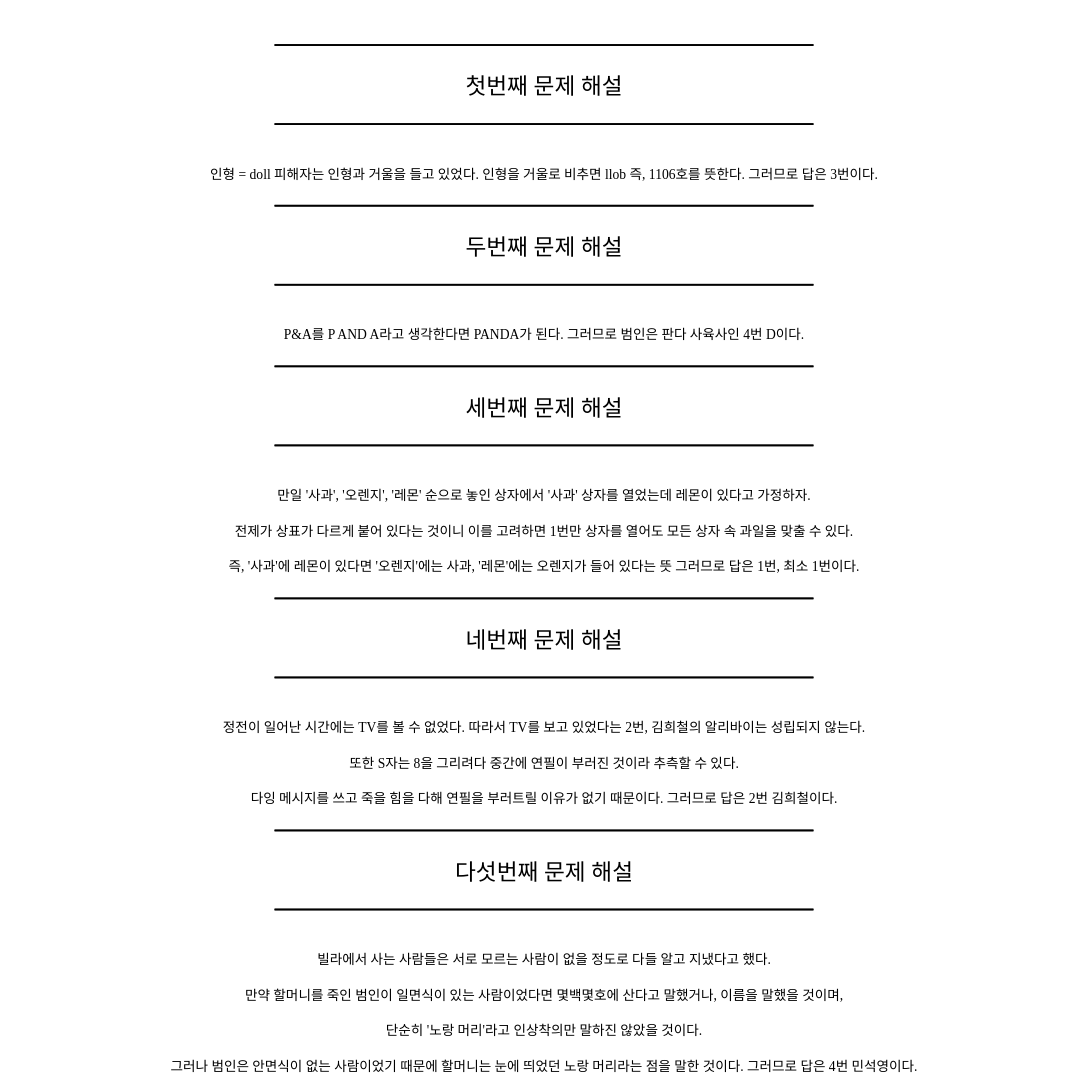
Repository: minkyung0421/Event_Project
Page: http://localhost/Event/inter.jsp
The author's editor kept a copy of each file at every save. The page is drawn from the files as they stood at one save, then again after the next save.
The browser window is 1280 px wide. The pictures show the whole page, at 85% of full size.
The page is served by Tomcat 9.

Above is the page before, as saved 2018-09-04 19:56:56.

### Event_Project/Event/WebContent/inter.jsp
<%@ page language="java" contentType="text/html; charset=UTF-8"
    pageEncoding="UTF-8"%>
<!DOCTYPE html PUBLIC "-//W3C//DTD HTML 4.01 Transitional//EN" "http://www.w3.org/TR/html4/loose.dtd">
<html>
<head>
<meta http-equiv="Content-Type" content="text/html; charset=UTF-8">
<title>EVENT</title>
</head>
<body>
<center>
		<br><br>
		<hr color="black" style = "width: 50%">
		<br>
		<div style = "font-size: 20pt;">첫번째 문제 해설</div>
		<br>
		<hr color="black" style = "width: 50%">
		<br>
		<br>
		인형 = doll 피해자는 인형과 거울을 들고 있었다. 인형을 거울로 비추면 llob 즉, 1106호를 뜻한다. 그러므로 답은 3번이다.

		<br><br>
		<hr color="black" style = "width: 50%">
		<br>
		<div style = "font-size: 20pt;">두번째 문제 해설</div>
		<br>
		<hr color="black" style = "width: 50%">
		<br>
		<br>
		P&A를 P AND A라고 생각한다면 PANDA가 된다. 그러므로 범인은 판다 사육사인 4번 D이다.

		<br><br>
		<hr color="black" style = "width: 50%">
		<br>
		<div style = "font-size: 20pt;">세번째 문제 해설</div>
		<br>
		<hr color="black" style = "width: 50%">
		<br>
		<br>
		만일 '사과', '오렌지', '레몬' 순으로 놓인 상자에서 '사과' 상자를 열었는데 레몬이 있다고 가정하자.<br><br>
		전제가 상표가 다르게 붙어 있다는 것이니 이를 고려하면 1번만 상자를 열어도 모든 상자 속 과일을 맞출 수 있다.<br><br>
		즉, '사과'에 레몬이 있다면 '오렌지'에는 사과, '레몬'에는 오렌지가 들어 있다는 뜻 그러므로 답은 1번, 최소 1번이다.

		<br><br>
		<hr color="black" style = "width: 50%">
		<br>
		<div style = "font-size: 20pt;">네번째 문제 해설</div>
		<br>
		<hr color="black" style = "width: 50%">
		<br>
		<br>
		정전이 일어난 시간에는 TV를 볼 수 없었다. 따라서 TV를 보고 있었다는 2번, 김희철의 알리바이는 성립되지 않는다.<br><br>
		또한 S자는 8을 그리려다 중간에 연필이 부러진 것이라 추측할 수 있다.<br><br>
		다잉 메시지를 쓰고 죽을 힘을 다해 연필을 부러트릴 이유가 없기 때문이다. 그러므로 답은 2번 김희철이다.

		<br><br>
		<hr color="black" style = "width: 50%">
		<br>
		<div style = "font-size: 20pt;">다섯번째 문제 해설</div>
		<br>
		<hr color="black" style = "width: 50%">
		<br>
		<br>
		빌라에서 사는 사람들은 서로 모르는 사람이 없을 정도로 다들 알고 지냈다고 했다.<br><br>
		만약 할머니를 죽인 범인이 일면식이 있는 사람이었다면 몇백몇호에 산다고 말했거나, 이름을 말했을 것이며,<br><br>
		단순히 '노랑 머리'라고 인상착의만 말하진 않았을 것이다.<br><br>
		그러나 범인은 안면식이 없는 사람이었기 때문에 할머니는 눈에 띄었던 노랑 머리라는 점을 말한 것이다. 그러므로 답은 4번 민석영이다.
</center>
</body>
</html>

After the next save:
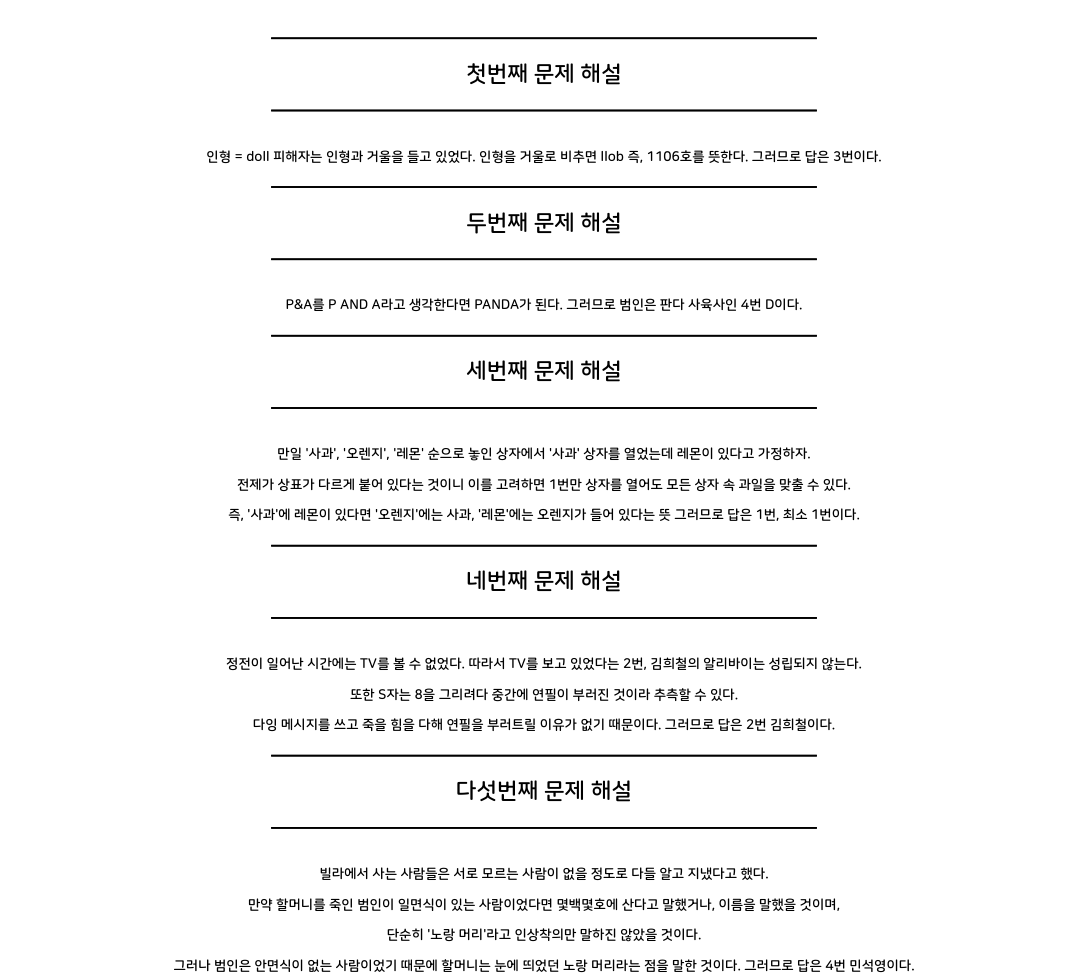
Saved 44 s later.
--- a/Event_Project/Event/WebContent/inter.jsp
+++ b/Event_Project/Event/WebContent/inter.jsp
@@ -6,6 +6,18 @@
 <meta http-equiv="Content-Type" content="text/html; charset=UTF-8">
 <title>EVENT</title>
 </head>
+<style>
+@font-face{
+	font-family: 'Calligraphy Personal Use'; src:url('font/Calligraphy Personal Use.ttf');
+}
+@font-face{font-family:'NANUMSQUAREROUNDL'; src:url('font/NANUMSQUAREROUNDL.TTF')}
+@font-face{font-family:'NANUMSQUAREROUNDB'; src:url('font/NANUMSQUAREROUNDB.TTF')}
+body{
+	margin:0px;
+	padding:0px;
+	font-family:'NANUMSQUAREROUNDB';
+}
+</style>
 <body>
 <center>
 		<br><br>
